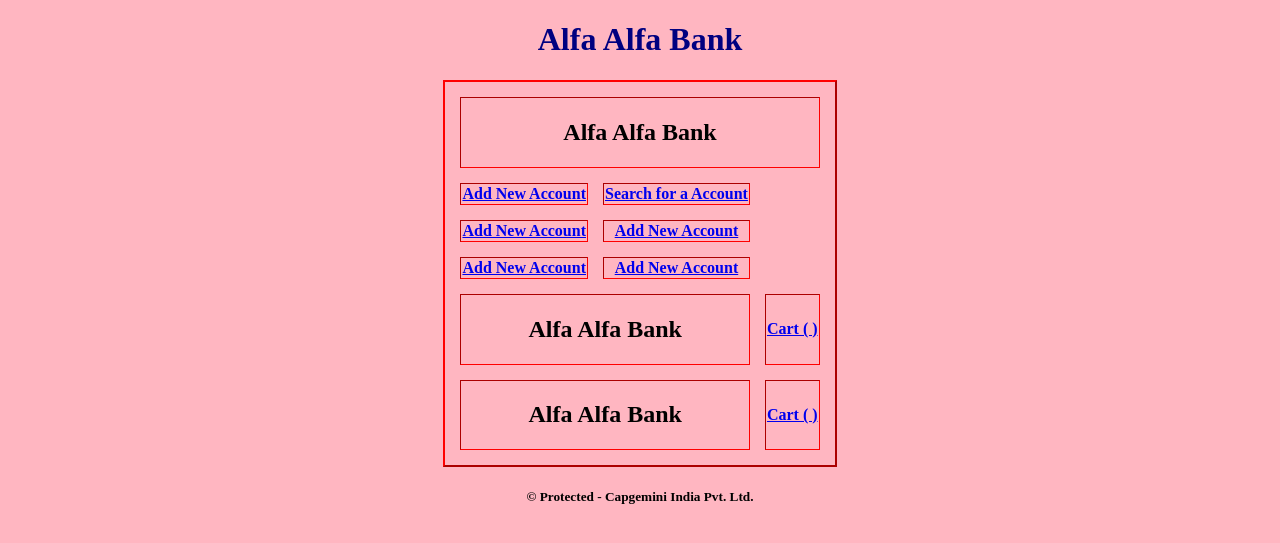
Repository: Rccalfa123/OnlineBankingApp
Page: http://localhost/AlfaAlfaBankApp/home.jsp
These files come from the project's save history. The page is drawn as it stood at one moment and after the next save; the edit follows.
The browser window is 1280 px wide. The pictures show the whole page.
The page is served by Tomcat 9. Other server files are loaded and not shown.

Above is the page before, as saved 2018-08-10 10:49:39.

### AlfaAlfaBankApp/WebContent/home.jsp
<%@ page language="java" contentType="text/html; charset=ISO-8859-1"
	pageEncoding="ISO-8859-1"%>
<%@taglib prefix="alfa" uri="http://java.sun.com/jsp/jstl/core"%>
<!DOCTYPE html>
<html>
<head>

<link rel="stylesheet" type="text/css" href="mystyle.css">

<meta charset="ISO-8859-1">
<title>Alfa Alfa Bank</title>
</head>
<body>
	<jsp:include page="header.jsp"></jsp:include>
	<form action=".app" method="get">

		<div>
			<table cellspacing="15" align="center" border="2">
				<tr>
					<th colspan="6" height="35"><h2>Alfa Alfa Bank</h2></th>
				</tr>

				<tr>
					<th> <a href = "addNewAccount.jsp"> Add New Account</a> </th>
					<th><a href = "searchAccount.jsp"> Search for a Account</a></th>
				</tr>

				<tr>
					<th><a href = "viewAllAccount.jsp"> Add New Account</a></th>
					<th><a href = "depositIntoAccount.jsp"> Add New Account</a></th>
				</tr>

				<tr>
					<th><a href = "withdrawFromAccount.jsp"> Add New Account</a></th>
					<th><a href = "fundTransfer.jsp"> Add New Account</a></th>
				</tr>

				<tr>
					<th colspan="4" height="35"><h2>Alfa Alfa Bank</h2></th>
					<th><a href="Cart.jsp">Cart ( ${sessionScope.counter} )</a></th>
				</tr>

				<tr>
					<th colspan="4" height="35"><h2>Alfa Alfa Bank</h2></th>
					<th><a href="Cart.jsp">Cart ( ${sessionScope.counter} )</a></th>
				</tr>
			</table>
		</div>

	</form>
	<jsp:include page="footer.html"></jsp:include>

</body>
</html>

### AlfaAlfaBankApp/WebContent/header.jsp
<%@taglib prefix="jstl" uri="http://java.sun.com/jsp/jstl/core" %>
<div align="center">
	<h1>Alfa Alfa Bank</h1>
</div>

### AlfaAlfaBankApp/WebContent/footer.html
<div align="center">
<h5>&copy; Protected - Capgemini India Pvt. Ltd.</h5>
</div>

### AlfaAlfaBankApp/WebContent/mystyle.css
@charset "ISO-8859-1";

body {
    background-color: lightpink;
}

h1 {
    color: navy;
}

td{

 font-family: sans-serif;

}

table {
	border-color: red;
	border-right: 2px 2px 2px 2px ;
}

After the next save:
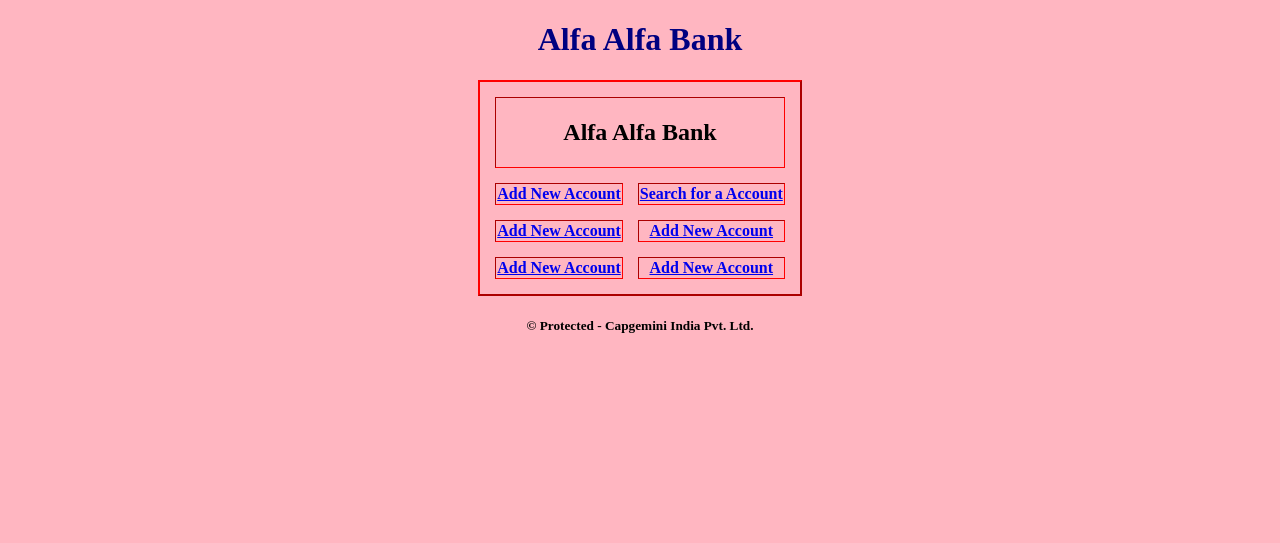
Saved 31 s later.
--- a/AlfaAlfaBankApp/WebContent/home.jsp
+++ b/AlfaAlfaBankApp/WebContent/home.jsp
@@ -34,16 +34,6 @@
 					<th><a href = "withdrawFromAccount.jsp"> Add New Account</a></th>
 					<th><a href = "fundTransfer.jsp"> Add New Account</a></th>
 				</tr>
-
-				<tr>
-					<th colspan="4" height="35"><h2>Alfa Alfa Bank</h2></th>
-					<th><a href="Cart.jsp">Cart ( ${sessionScope.counter} )</a></th>
-				</tr>
-
-				<tr>
-					<th colspan="4" height="35"><h2>Alfa Alfa Bank</h2></th>
-					<th><a href="Cart.jsp">Cart ( ${sessionScope.counter} )</a></th>
-				</tr>
 			</table>
 		</div>
 
